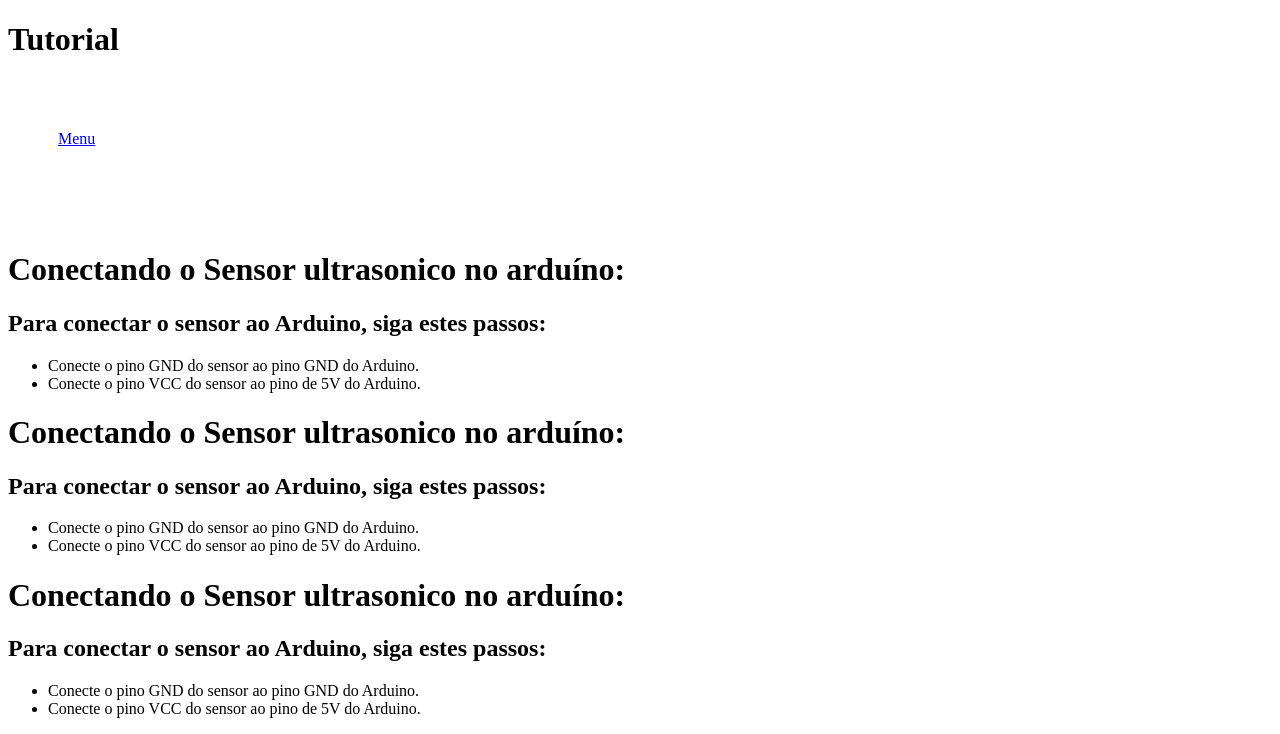
Repository: Eito2511/Site-tutorial-arduino
Page: tutorial.html
These files come from the project's save history. The page is drawn as it stood at one moment and after a run of saves; the edit follows.
The browser window is 1280 px wide. The pictures show the whole page.

Above is the page before, as saved 2025-06-03 18:15:48.

### tutorial.html
<!DOCTYPE html>
<html lang="en">
  <head>
    <meta charset="UTF-8" />
    <meta name="viewport" content="width=device-width, initial-scale=1.0" />
    <title>Tutorial</title>
  </head>
  <body>
    <header>
      <h1 class="titulo">Tutorial</h1>
    </header>

    <section style="height: 50px; padding: 50px">
      <a href="index.html" class="btn">Menu</a>
    </section>

    <div>
      <h1>Conectando o Sensor ultrasonico no arduíno:</h1>
      <h2>Para conectar o sensor ao Arduino, siga estes passos:</h2>
      <ul>
        <li>Conecte o pino GND do sensor ao pino GND do Arduino.</li>
        <li>Conecte o pino VCC do sensor ao pino de 5V do Arduino.</li>
      </ul>
    </div>

    <div>
      <h1>Conectando o Sensor ultrasonico no arduíno:</h1>
      <h2>Para conectar o sensor ao Arduino, siga estes passos:</h2>
      <ul>
        <li>Conecte o pino GND do sensor ao pino GND do Arduino.</li>
        <li>Conecte o pino VCC do sensor ao pino de 5V do Arduino.</li>
      </ul>
    </div>

    <div>
      <h1>Conectando o Sensor ultrasonico no arduíno:</h1>
      <h2>Para conectar o sensor ao Arduino, siga estes passos:</h2>
      <ul>
        <li>Conecte o pino GND do sensor ao pino GND do Arduino.</li>
        <li>Conecte o pino VCC do sensor ao pino de 5V do Arduino.</li>
      </ul>
    </div>
  </body>
</html>

After the next 2 saves:
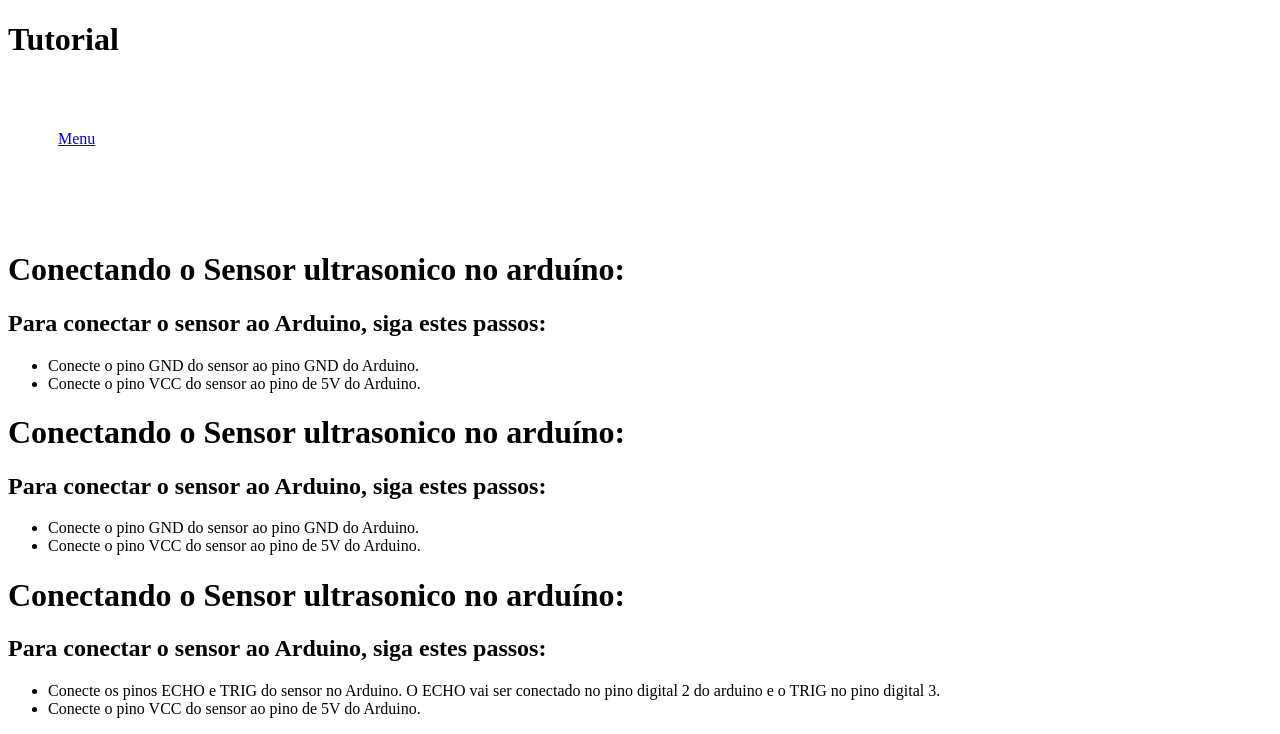
The 2 saves are shown as one change because they came seconds apart.
The last was saved 35 s later.
--- a/tutorial.html
+++ b/tutorial.html
@@ -36,7 +36,7 @@
       <h1>Conectando o Sensor ultrasonico no arduíno:</h1>
       <h2>Para conectar o sensor ao Arduino, siga estes passos:</h2>
       <ul>
-        <li>Conecte o pino GND do sensor ao pino GND do Arduino.</li>
+        <li>Conecte os pinos ECHO e TRIG do sensor no Arduino. O ECHO vai ser conectado no pino digital 2 do arduino e o TRIG no pino digital 3.</li>
         <li>Conecte o pino VCC do sensor ao pino de 5V do Arduino.</li>
       </ul>
     </div>

After the save that followed:
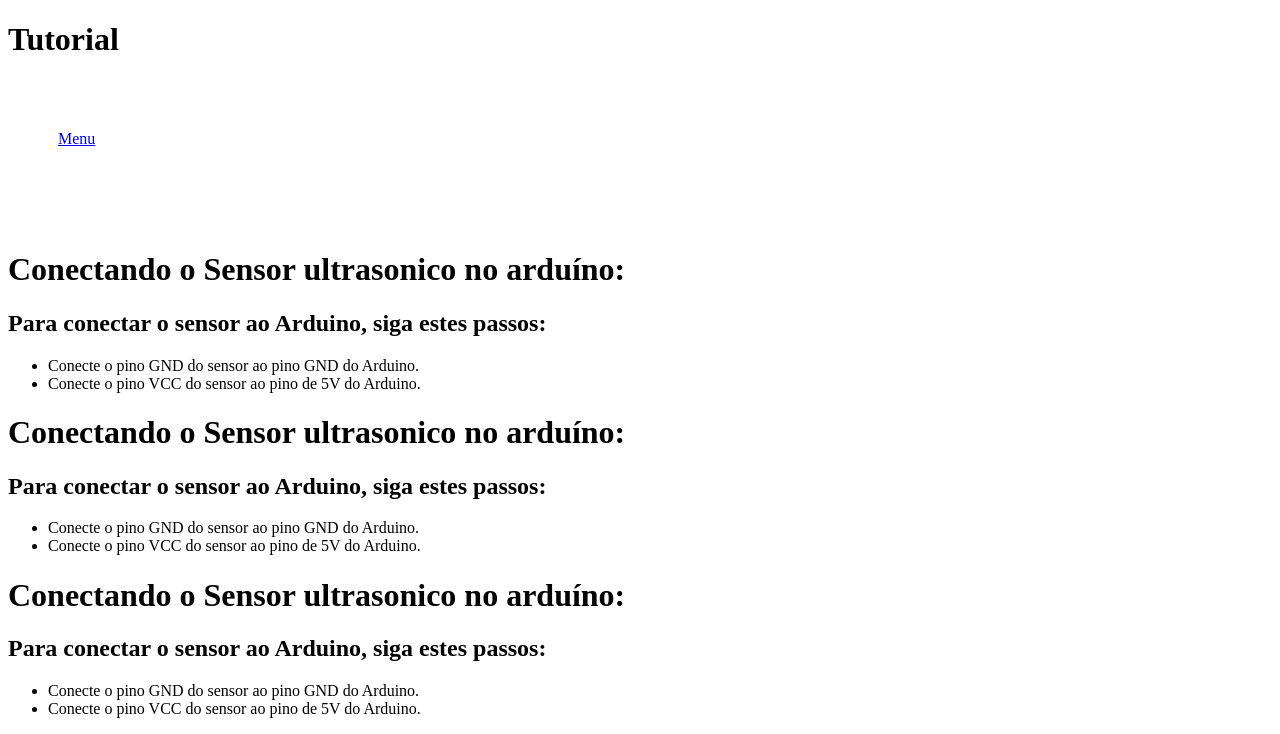
Saved 5 s later.
--- a/tutorial.html
+++ b/tutorial.html
@@ -36,7 +36,7 @@
       <h1>Conectando o Sensor ultrasonico no arduíno:</h1>
       <h2>Para conectar o sensor ao Arduino, siga estes passos:</h2>
       <ul>
-        <li>Conecte os pinos ECHO e TRIG do sensor no Arduino. O ECHO vai ser conectado no pino digital 2 do arduino e o TRIG no pino digital 3.</li>
+        <li>Conecte o pino GND do sensor ao pino GND do Arduino.</li>
         <li>Conecte o pino VCC do sensor ao pino de 5V do Arduino.</li>
       </ul>
     </div>
